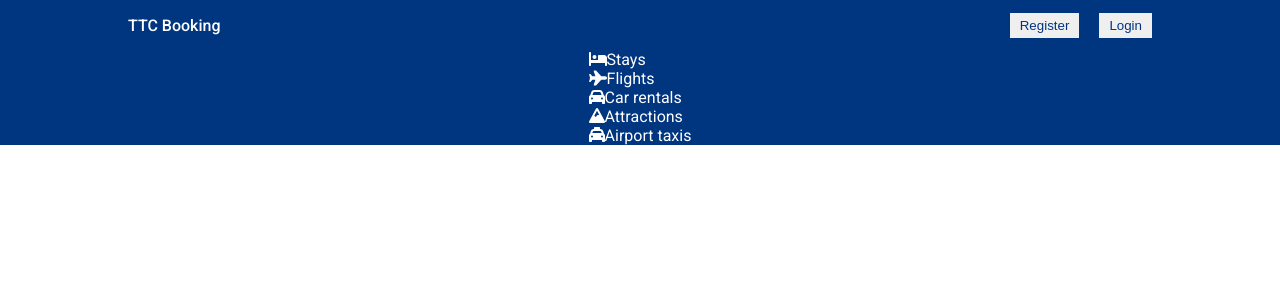
Repository: CarsonDev1/booking-app
Page: /
An editor plug-in stored every save of this project. The page is shown before and after the next save, followed by the edit.
The browser window is 1280 px wide. The pictures show the whole page.
The project was rebuilt for these pictures with package versions that can differ from the ones it lists, and the page was loaded fresh each time. Also part of the build but not shown: src/pages/home/home.css, src/pages/hotel/Hotel.jsx, src/pages/list/List.jsx.

Above is the page before, as saved 2022-12-03 00:36:18.

After the next save:
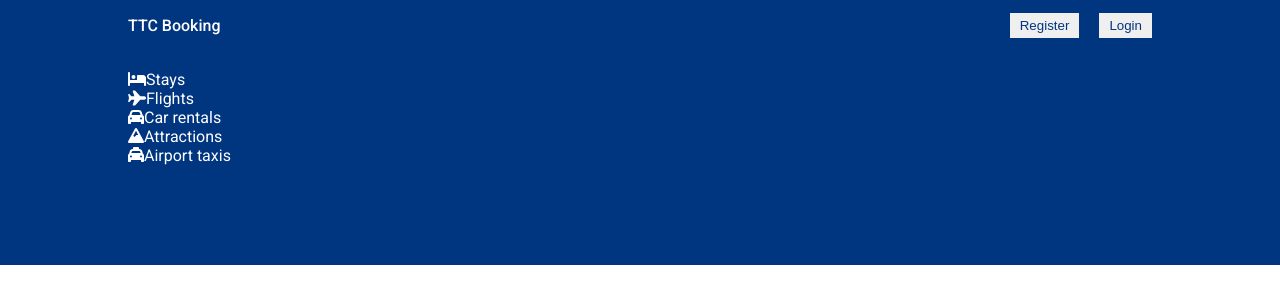
Saved 32 s later.
--- a/src/components/header/header.css
+++ b/src/components/header/header.css
@@ -4,3 +4,8 @@
 	display: flex;
 	justify-content: center;
 }
+.headerContainer {
+	width: 100%;
+	max-width: 1024px;
+	margin: 20px 0px 100px 0px;
+}
